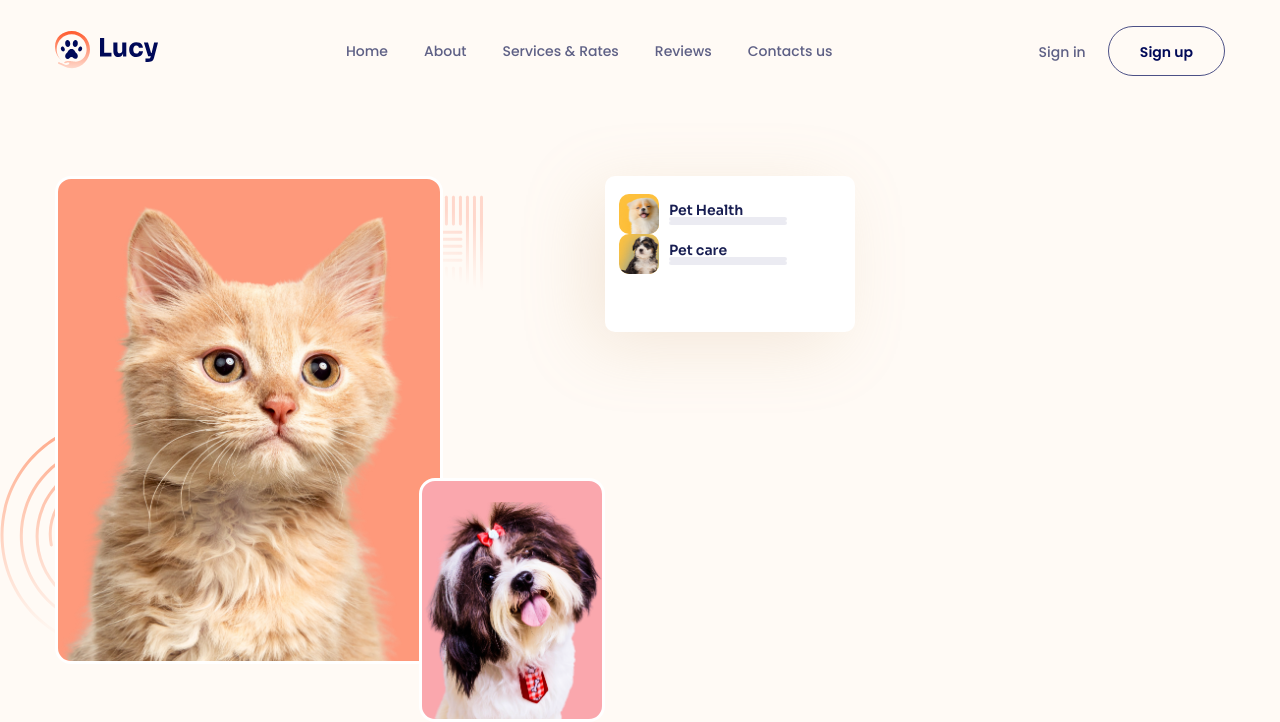
Repository: empty24062002/f8-project-05
Page: index.html
The author's editor kept a copy of each file at every save. The page is drawn from the files as they stood at one save, then again after the next save.
The browser window is 1280 px wide. The pictures show the whole page.

Above is the page before, as saved 2023-09-09 17:48:57.

### index.html
<!DOCTYPE html>
<html lang="en">
    <head>
        <meta charset="UTF-8" />
        <meta name="viewport" content="width=device-width, initial-scale=1.0" />
        <title>Lucy</title>
        <!-- favicon -->
        <link
            rel="apple-touch-icon"
            sizes="57x57"
            href="./assets/favicon/apple-icon-57x57.png"
        />
        <link
            rel="apple-touch-icon"
            sizes="60x60"
            href="./assets/favicon/apple-icon-60x60.png"
        />
        <link
            rel="apple-touch-icon"
            sizes="72x72"
            href="./assets/favicon/apple-icon-72x72.png"
        />
        <link
            rel="apple-touch-icon"
            sizes="76x76"
            href="./assets/favicon/apple-icon-76x76.png"
        />
        <link
            rel="apple-touch-icon"
            sizes="114x114"
            href="./assets/favicon/apple-icon-114x114.png"
        />
        <link
            rel="apple-touch-icon"
            sizes="120x120"
            href="./assets/favicon/apple-icon-120x120.png"
        />
        <link
            rel="apple-touch-icon"
            sizes="144x144"
            href="./assets/favicon/apple-icon-144x144.png"
        />
        <link
            rel="apple-touch-icon"
            sizes="152x152"
            href="./assets/favicon/apple-icon-152x152.png"
        />
        <link
            rel="apple-touch-icon"
            sizes="180x180"
            href="./assets/favicon/apple-icon-180x180.png"
        />
        <link
            rel="icon"
            type="image/png"
            sizes="192x192"
            href="./assets/favicon/android-icon-192x192.png"
        />
        <link
            rel="icon"
            type="image/png"
            sizes="32x32"
            href="./assets/favicon/favicon-32x32.png"
        />
        <link
            rel="icon"
            type="image/png"
            sizes="96x96"
            href="./assets/favicon/favicon-96x96.png"
        />
        <link
            rel="icon"
            type="image/png"
            sizes="16x16"
            href="./assets/favicon/favicon-16x16.png"
        />
        <link rel="manifest" href="./assets/favicon/manifest.json" />
        <meta name="msapplication-TileColor" content="#ffffff" />
        <meta
            name="msapplication-TileImage"
            content="./assets/favicon/ms-icon-144x144.png"
        />
        <meta name="theme-color" content="#ffffff" />
        <!-- reset CSS -->
        <link rel="stylesheet" href="./assets/css/reset.css" />
        <!-- embed font -->
        <link rel="preconnect" href="https://fonts.googleapis.com" />
        <link rel="preconnect" href="https://fonts.gstatic.com" crossorigin />
        <link
            href="https://fonts.googleapis.com/css2?family=Poppins:wght@300;400;500;600&family=Sora:wght@600;700;800&display=swap"
            rel="stylesheet"
        />
        <!-- style css -->
        <link rel="stylesheet" href="./assets/css/styles.css" />
    </head>
    <body>
        <!-- header -->
        <header class="header">
            <div class="container">
                <div class="header__inner">
                    <!-- logo -->
                    <a href="#!">
                        <img
                            src="./assets/img/logo.svg"
                            alt="Lucy"
                            class="header__logo"
                        />
                    </a>
                    <!-- navbar -->
                    <nav class="navbar">
                        <ul class="navbar__list">
                            <li class="navbar__item">
                                <a href="#!" class="navbar__link"> Home </a>
                            </li>
                            <li class="navbar__item">
                                <a href="#!" class="navbar__link"> About </a>
                            </li>
                            <li class="navbar__item">
                                <a href="#!" class="navbar__link"
                                    >Services & Rates
                                </a>
                            </li>
                            <li class="navbar__item">
                                <a href="#!" class="navbar__link"> Reviews </a>
                            </li>
                            <li class="navbar__item">
                                <a href="#!" class="navbar__link">
                                    Contacts us
                                </a>
                            </li>
                        </ul>
                    </nav>
                    <!-- header action -->
                    <div class="header-action">
                        <a href="#!" class="header-action__link">Sign in</a>
                        <a href="#!" class="btn header-action__btn">Sign up</a>
                    </div>
                </div>
            </div>
        </header>
        <!-- hero -->
        <section class="hero">
            <div class="container">
                <div class="hero__inner">
                    <!-- hero media -->
                    <div class="hero__media">
                        <div class="hero__img-wrap">
                            <img
                                src="./assets/img/hero__img1.png"
                                alt=""
                                class="hero__img"
                            />

                            <!-- Decorators -->
                            <img
                                src="./assets/img/decor__01.svg"
                                alt=""
                                class="hero__decor hero__decor-left"
                            />
                            <img
                                src="./assets/img/decor__02.svg"
                                alt=""
                                class="hero__decor hero__decor-right"
                            />
                        </div>
                        <div class="hero__img-wrap hero__img-wrap-small">
                            <img
                                src="./assets/img/hero__img2.png"
                                alt=""
                                class="hero__img"
                            />
                        </div>

                        <div class="hero__list">
                            <!-- hero list item 1 -->
                            <div class="hero-list-item">
                                <img src="./assets/img/hero__img3.png" alt="" class="hero-list-item__thump">
                                <div class="hero-list-item__info">
                                    <p class="hero-list-item__title">Pet Health</p>
                                    <div class="hero-list-item__skeleton"></div>
                                    <div class="hero-list-item__skeleton"></div>
                                </div>
                            </div>
                            <!-- hero list item 2 -->
                            <div class="hero-list-item">
                                <img src="./assets/img/hero__img4.png" alt="" class="hero-list-item__thump">
                                <div class="hero-list-item__info">
                                    <p class="hero-list-item__title">Pet care</p>
                                    <div class="hero-list-item__skeleton"></div>
                                    <div class="hero-list-item__skeleton"></div>
                                </div>
                            </div>
                        </div>
                    </div>
                </div>
                    <!-- hero content -->
                    <section class="hero__content"></section>
                </div>
            </div>
        </section>
    </body>
</html>

### assets/css/styles.css
* {
    box-sizing: border-box;
}

html {
    font-size: 62.5%;
}

body {
    font-size: 1.6rem;
    font-family: "Poppins", sans-serif;
    background: #fffaf5;
}

/* common */

h1,
h2,
h3,
h4,
h5,
h6 {
    font-family: "Sora", sans-serif;
}

input,
textarea,
select,
button {
    font-size: inherit;
    font-family: inherit;
}

a {
    text-decoration: none;
}

.container {
    width: 1170px;
    max-width: calc(100% - 48px);
    margin: 0 auto;
}

.btn {
    --height: 56px;

    display: inline-block;
    min-width: 130px;
    height: var(--height);
    line-height: var(--height);
    border: 1px solid rgb(0, 9, 88, 0.7);
    border-radius: 99px;
    color: #000958;
    text-align: center;
    font-size: 1.4rem;
    font-weight: 600;
}

.btn:hover {
    opacity: 0.8;
}

/* header */
.header {
    padding: 26px 0;
}

.header__inner {
    display: flex;
    justify-content: space-between;
    align-items: center;
}

.navbar__list {
    display: flex;
}

.navbar__link,
.header-action__link {
    padding: 8px 18px;
    color: #5e6085;
    font-size: 1.4rem;
    font-weight: 500;
    line-height: 1; /* 100% */
}

.navbar__link:hover {
    color: #000958;
    text-shadow: 1px 0 0 currentColor;
}

.header-action__btn {
    --height: 50px;

    min-width: 117px;
}

/* hero */
.hero {
    margin-top: 74px;
}

.hero__inner {
    display: flex;
    justify-content: space-between;
    align-items: center;
}

.hero__media {
    display: flex;
}

.hero__img-wrap {
    position: relative;
    display: flex;
    justify-content: center;
    align-items: flex-end;
    width: 388px;
    height: 488px;
    border: 3px solid #fff;
    border-radius: 16px;
    background: #fe997b;
}

.hero__img {
    max-width: 100%;
    max-height: 100%;
    border-radius: inherit;
}

.hero__decor {
    position: absolute;
    z-index: -1;
}

.hero__decor-left {
    left: -58px;
    bottom: 10px;
}

.hero__decor-right {
    top: 16px;
    right: -43px;
}

.hero__img-wrap-small {
    align-self: flex-end;
    width: 186px;
    height: 244px;
    margin: 0 0 -58px -24px;
    border: 2px solod #f7dddf;
    background: #faa7ad;
}

.hero__list {
    width: 250px;
    height: 156px;
    padding: 18px 14px;
    border-radius: 10px;
    background: #fff;
    box-shadow: -17px 14px 68px -4px rgba(207, 174, 132, 0.25);
}

.hero-list-item {
    display: flex;
    align-items: center;
}

.hero-list-item__thump {
    width: 40px;
    height: 40px;
    border-radius: 10px;
    object-fit: cover;
    background: #fec23f;
}

.hero-list-item__info {
    margin-left: 10px;
}

.hero-list-item__title {
    color: #181e52;
    font-family: "Sora", sans-serif;
    font-size: 1.4rem;
    font-weight: 600;
    line-height: 1;
}

.hero-list-item__skeleton {
    width: 118px;
    height: 4px;
    border-radius: 10px;
    opacity: 0.08;
    background: #000958;
}

Loaded but not shown: assets/css/reset.css (common file)

After the next save:
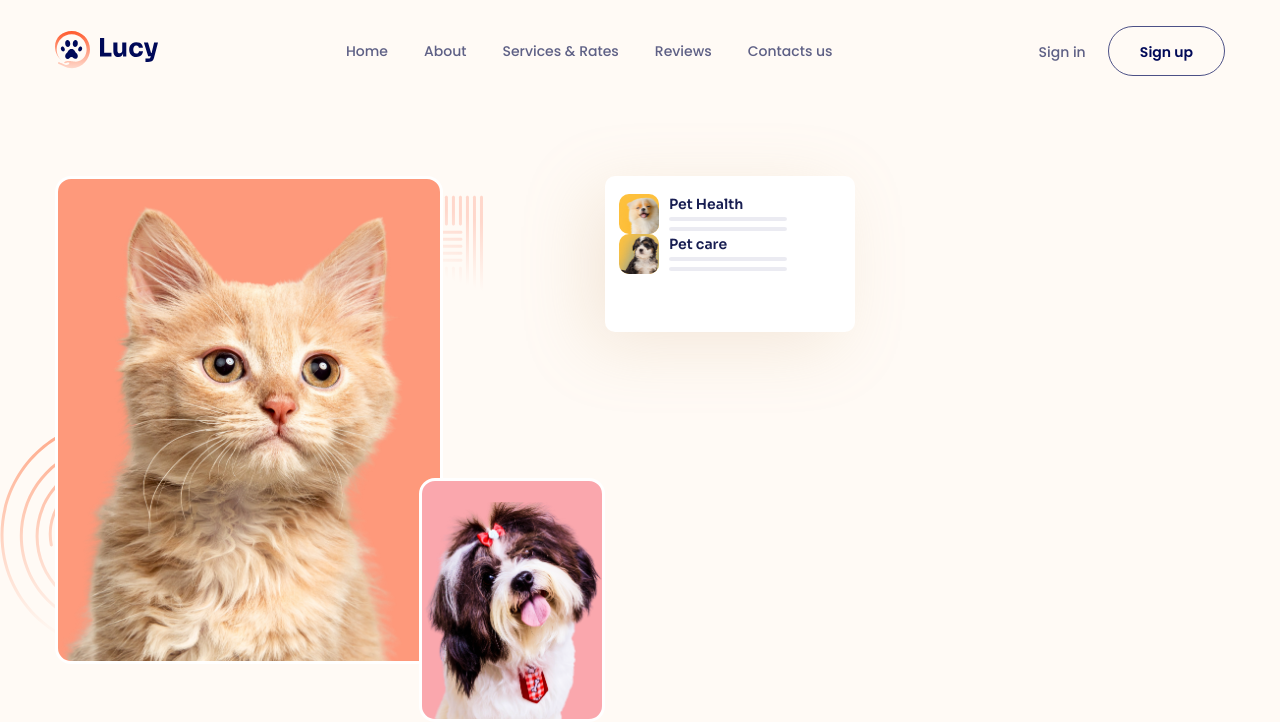
Saved 18 s later.
--- a/assets/css/styles.css
+++ b/assets/css/styles.css
@@ -187,6 +187,7 @@ a {
 }
 
 .hero-list-item__skeleton {
+    margin-top: 6px;
     width: 118px;
     height: 4px;
     border-radius: 10px;
